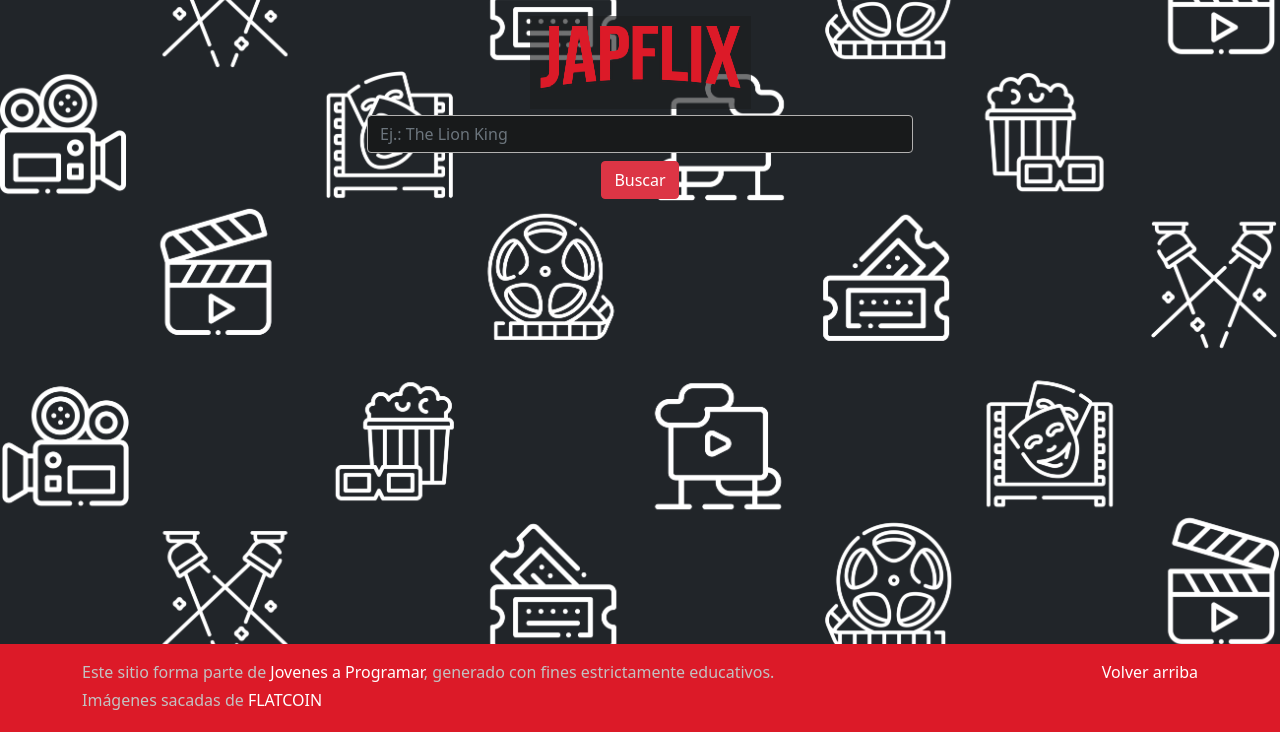
Repository: romancegirl/japflix
Page: index.html
These files come from the project's save history. The page is drawn as it stood at one moment and after the next save; the edit follows.
The browser window is 1280 px wide. The pictures show the whole page.
The page's requests for data from a server got no answer.

Above is the page before, as saved 2024-11-18 18:51:27.

After the next save:
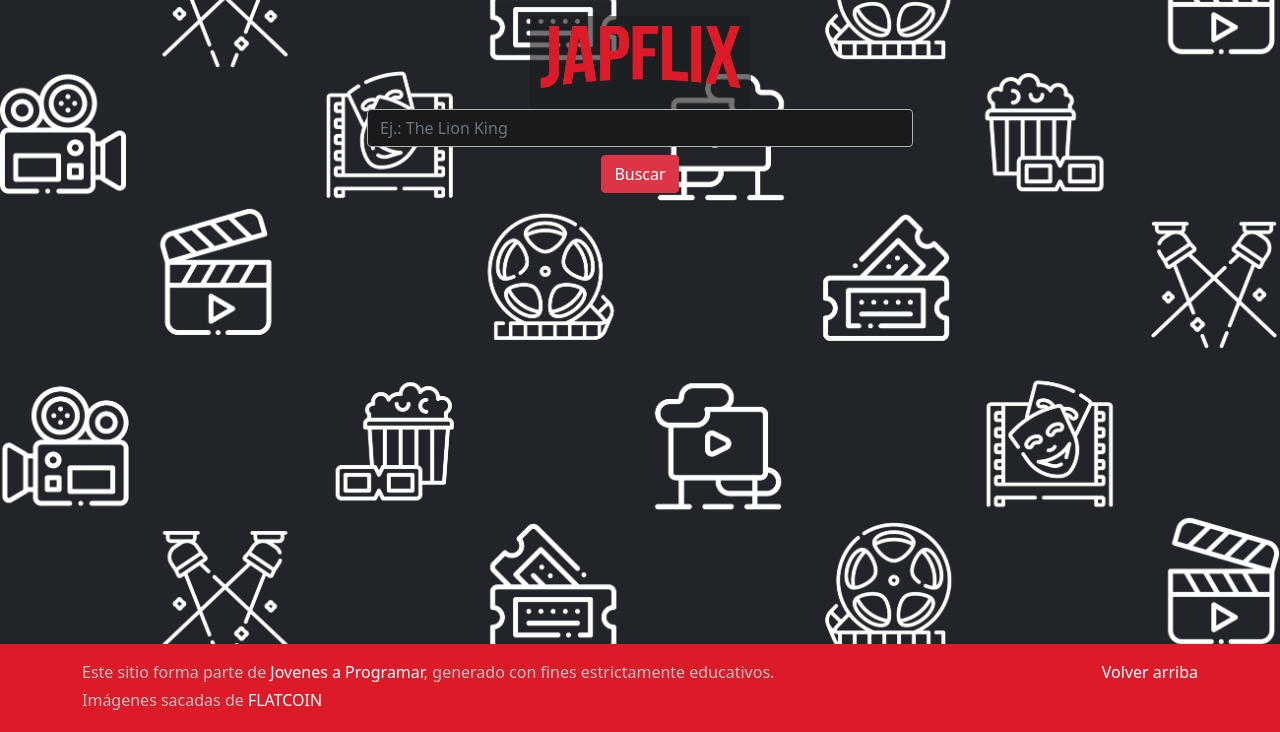
Saved 34 s later.
--- a/css/style.css
+++ b/css/style.css
@@ -23,11 +23,6 @@
     background-color: #1c1e1f9f;
     display: inline-block;
 }
-
-.image-wrapper img {
-    display: block;
-}
-
 
 .offcanvas-body {
     background-color: #1C1E1F;
